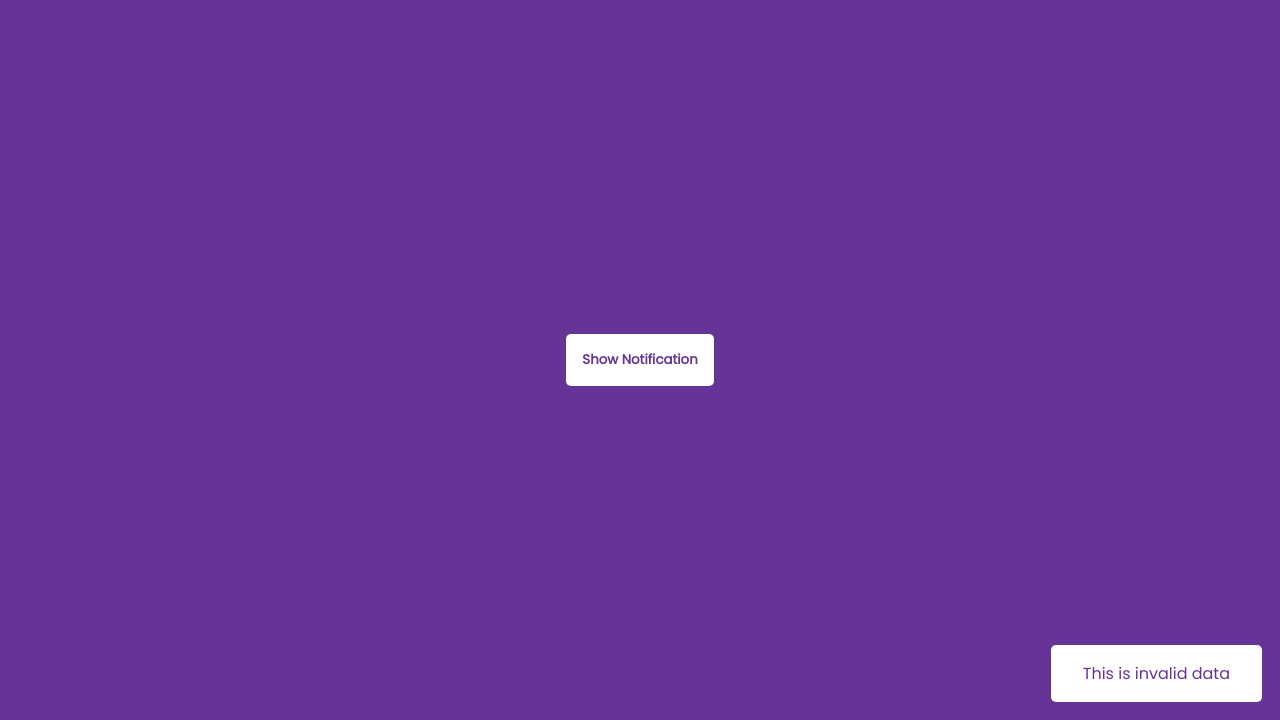
Repository: eagle-tex/50-projects-BT
Page: 27-toast-notification/index.html
The author's editor kept a copy of each file at every save. The page is drawn from the files as they stood at one save, then again after the next save.
The browser window is 1280 px wide. The pictures show the whole page.
After loading, the first visible `#button` was clicked once.

Above is the page before, as saved 2021-01-19 22:39:04.

### 27-toast-notification/index.html
<!DOCTYPE html>
<html lang="en">

<head>
  <meta charset="UTF-8" />
  <meta name="viewport" content="width=device-width, initial-scale=1.0" />
  <link rel="stylesheet" href="style.css" />
  <title>Toast Notification</title>
</head>

<body>
  <div id="toasts">
    <!-- <div class="toast">Hello World</div>
    <div class="toast">Toast Number 2</div> -->
  </div>

  <button class="btn" id="button">Show Notification</button>

  <script src="script.js"></script>
</body>

</html>

### 27-toast-notification/style.css
@import url('https://fonts.googleapis.com/css?family=Poppins:wght@200;400&display=swap');

* {
  box-sizing: border-box;
}

body {
  background-color: rebeccapurple;
  font-family: 'Poppins', sans-serif;
  display: flex;
  flex-direction: column;
  align-items: center;
  justify-content: center;
  height: 100vh;
  overflow: hidden;
  margin: 0;
}

.btn {
  background-color: #fff;
  color: rebeccapurple;
  font-family: inherit;
  font-weight: bold;
  padding: 1rem;
  border-radius: 5px;
  -webkit-border-radius: 5px;
  -moz-border-radius: 5px;
  -ms-border-radius: 5px;
  -o-border-radius: 5px;
  border: none;
  cursor: pointer;
}

.btn:focus {
  outline: none;
}

.btn:active {
  transform: scale(0.98);
  -webkit-transform: scale(0.98);
  -moz-transform: scale(0.98);
  -ms-transform: scale(0.98);
  -o-transform: scale(0.98);
}

#toasts {
  position: fixed;
  bottom: 10px;
  right: 10px;
  display: flex;
  flex-direction: column;
  align-items: flex-end;
}

.toast {
  background-color: #fff;
  border-radius: 5px;
  -webkit-border-radius: 5px;
  -moz-border-radius: 5px;
  -ms-border-radius: 5px;
  -o-border-radius: 5px;
  padding: 1rem 2rem;
  margin: 0.5rem;
}

.toast.info {
  color: rebeccapurple;
}

.toast.success {
  color: green;
}

.toast.error {
  color: red;
}

### 27-toast-notification/script.js
const button = document.getElementById('button');
const toasts = document.getElementById('toasts');
const body = document.querySelector('body');

const messages = [
  'Message One',
  'Something new',
  'Have you seen this?',
  'Unheard of yet!',
];

const colors = ['red', 'green', 'steelblue', 'aqua', 'orange', 'purple'];

function getRandomMessage() {
  return messages[Math.floor(Math.random() * messages.length)];
}

function createNotification(message = null, type = null) {
  const color = colors[Math.floor(Math.random() * colors.length)];

  const notification = document.createElement('div');
  notification.classList.add('toast');
  notification.classList.add(type || 'info');
  notification.innerText = message || getRandomMessage();
  toasts.appendChild(notification);
  // notification.style.color = color;
  // notification.style.right = 10;
  // notification.style.bottom = 10;

  setTimeout(() => {
    notification.remove();
  }, 3000);
}

button.addEventListener('click', () =>
  createNotification('This is invalid data')
);

// My version of createNotification
// function createNotification() {
//   const message = messages[Math.floor(Math.random() * messages.length)];
//   const color = colors[Math.floor(Math.random() * colors.length)];

//   const toast = document.createElement('div');
//   toast.classList.add('toast');
//   toast.innerText = message;
//   toast.style.color = color;
//   toast.style.right = 10;
//   toast.style.bottom = 10;
//   toasts.appendChild(toast);

//   setTimeout(() => {
//     toasts.removeChild(toast);
//   }, 3000);
// }

After the next save:
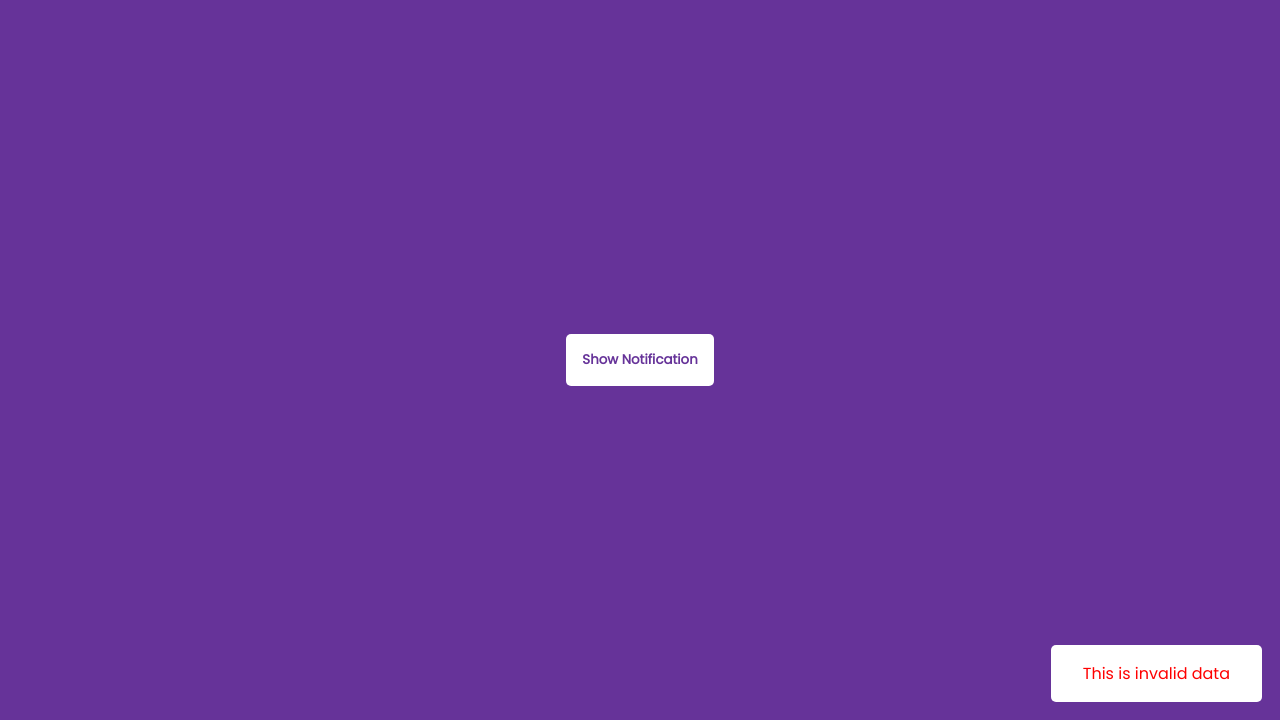
Saved 22 s later.
--- a/27-toast-notification/script.js
+++ b/27-toast-notification/script.js
@@ -33,7 +33,7 @@ function createNotification(message = null, type = null) {
 }
 
 button.addEventListener('click', () =>
-  createNotification('This is invalid data')
+  createNotification('This is invalid data', 'error')
 );
 
 // My version of createNotification
